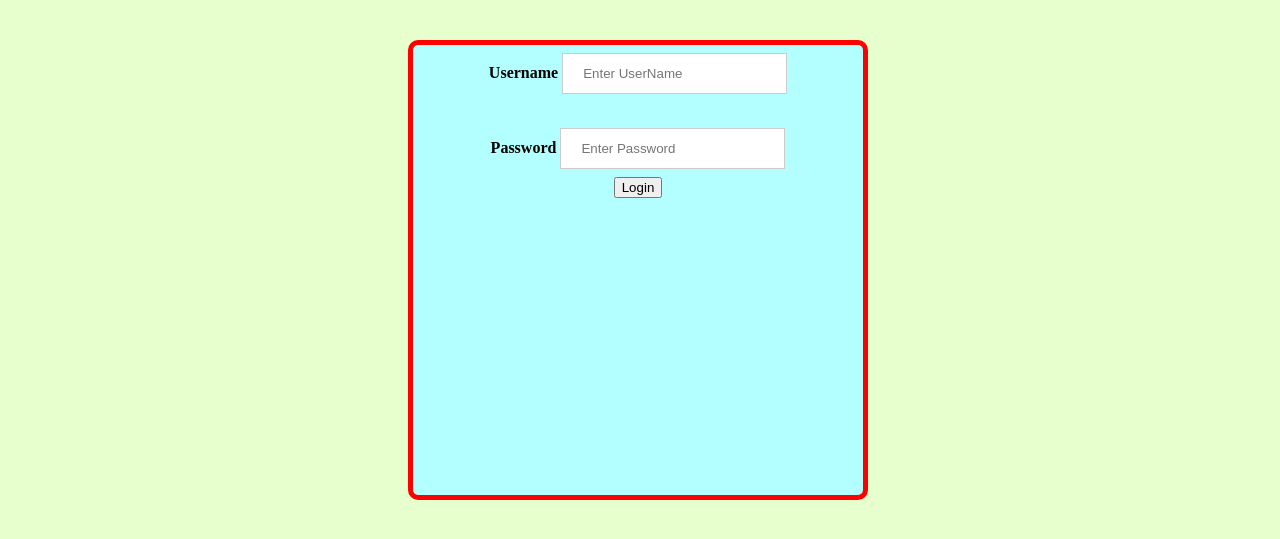
Repository: jagdishpatil18/JavaAdv
Page: Login_App/WebContent/index.html
These files come from the project's save history. The page is drawn as it stood at one moment and after the next save; the edit follows.
The browser window is 1280 px wide. The pictures show the whole page.

Above is the page before, as saved 2017-04-27 05:21:56.

After the next save:
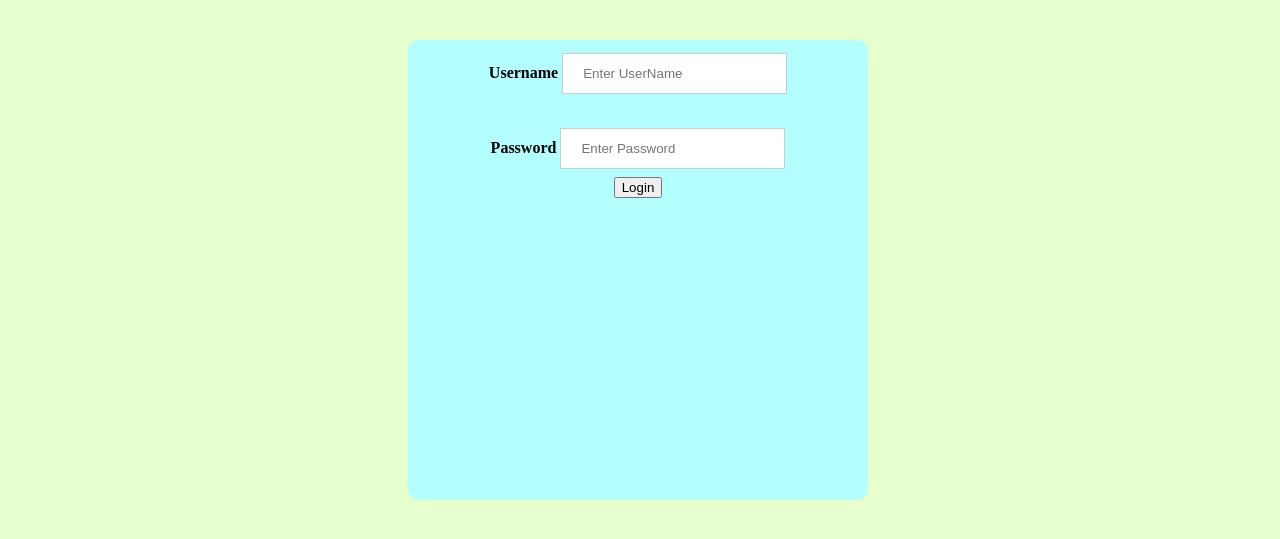
Saved 18 s later.
--- a/Login_App/WebContent/index.html
+++ b/Login_App/WebContent/index.html
@@ -15,7 +15,8 @@ input[type=text], input[type=password] {
 }
 
 .div {
-border: 5px solid red;
+border: 5px solid  #b3ffff
+;
 background-color: #b3ffff;
 width: 450px;
 height: 450px;
